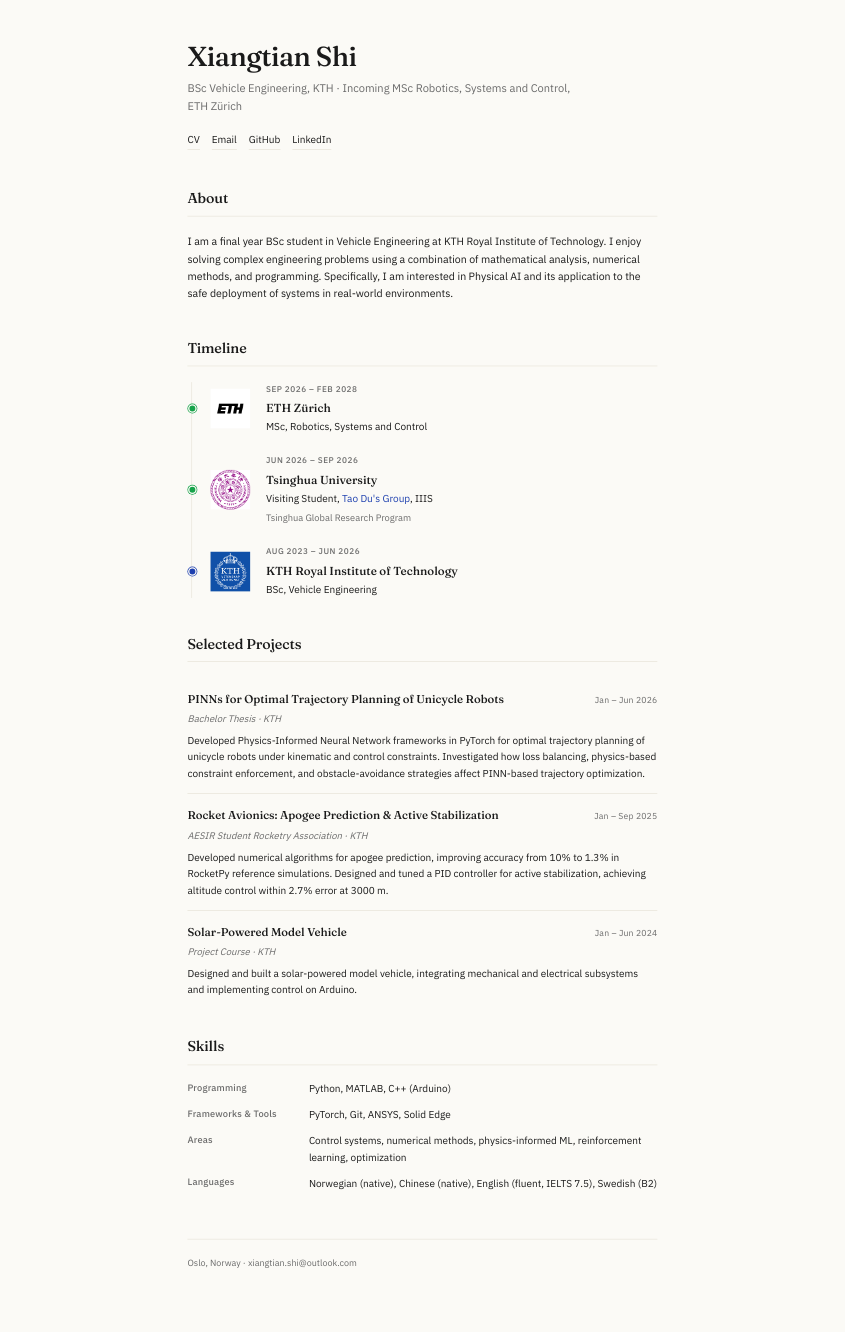
Repository: xitisch/xitisch.github.io
Page: index.html
The author's editor kept a copy of each file at every save. The page is drawn from the files as they stood at one save, then again after the next save.
The browser window is 1280 px wide. The pictures show the whole page, at 66% of full size.

Above is the page before, as saved 2026-06-08 02:55:33.

After the next save:
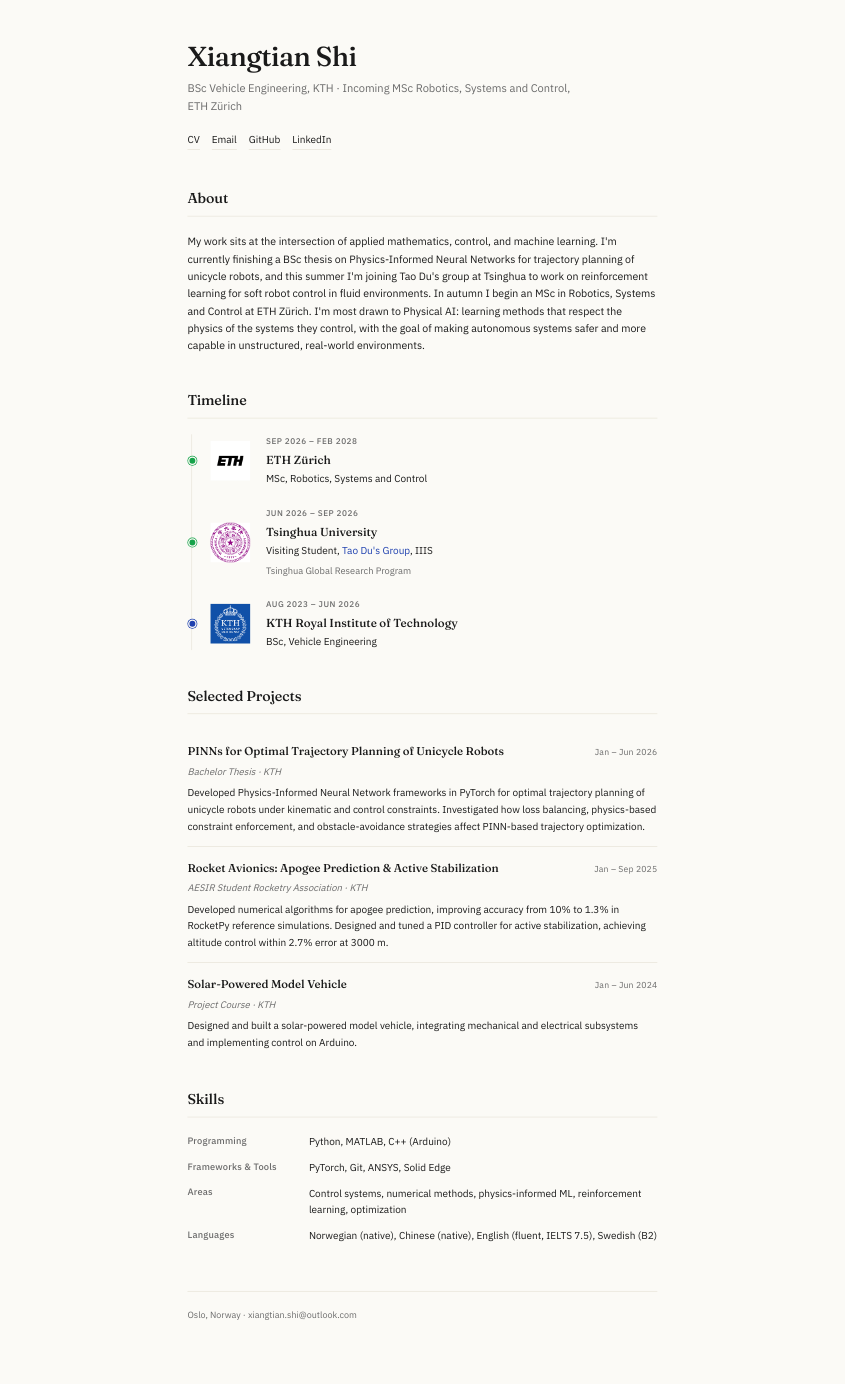
Saved 115 s later.
--- a/index.html
+++ b/index.html
@@ -23,7 +23,7 @@
     <section>
       <h2>About</h2>
       <p>
-      I am a final year BSc student in Vehicle Engineering at KTH Royal Institute of Technology. I enjoy solving complex engineering problems using a combination of mathematical analysis, numerical methods, and programming. Specifically, I am interested in Physical AI and its application to the safe deployment of systems in real-world environments.
+      My work sits at the intersection of applied mathematics, control, and machine learning. I'm currently finishing a BSc thesis on Physics-Informed Neural Networks for trajectory planning of unicycle robots, and this summer I'm joining Tao Du's group at Tsinghua to work on reinforcement learning for soft robot control in fluid environments. In autumn I begin an MSc in Robotics, Systems and Control at ETH Zürich. I'm most drawn to Physical AI: learning methods that respect the physics of the systems they control, with the goal of making autonomous systems safer and more capable in unstructured, real-world environments.
       </p>
     </section>
 
